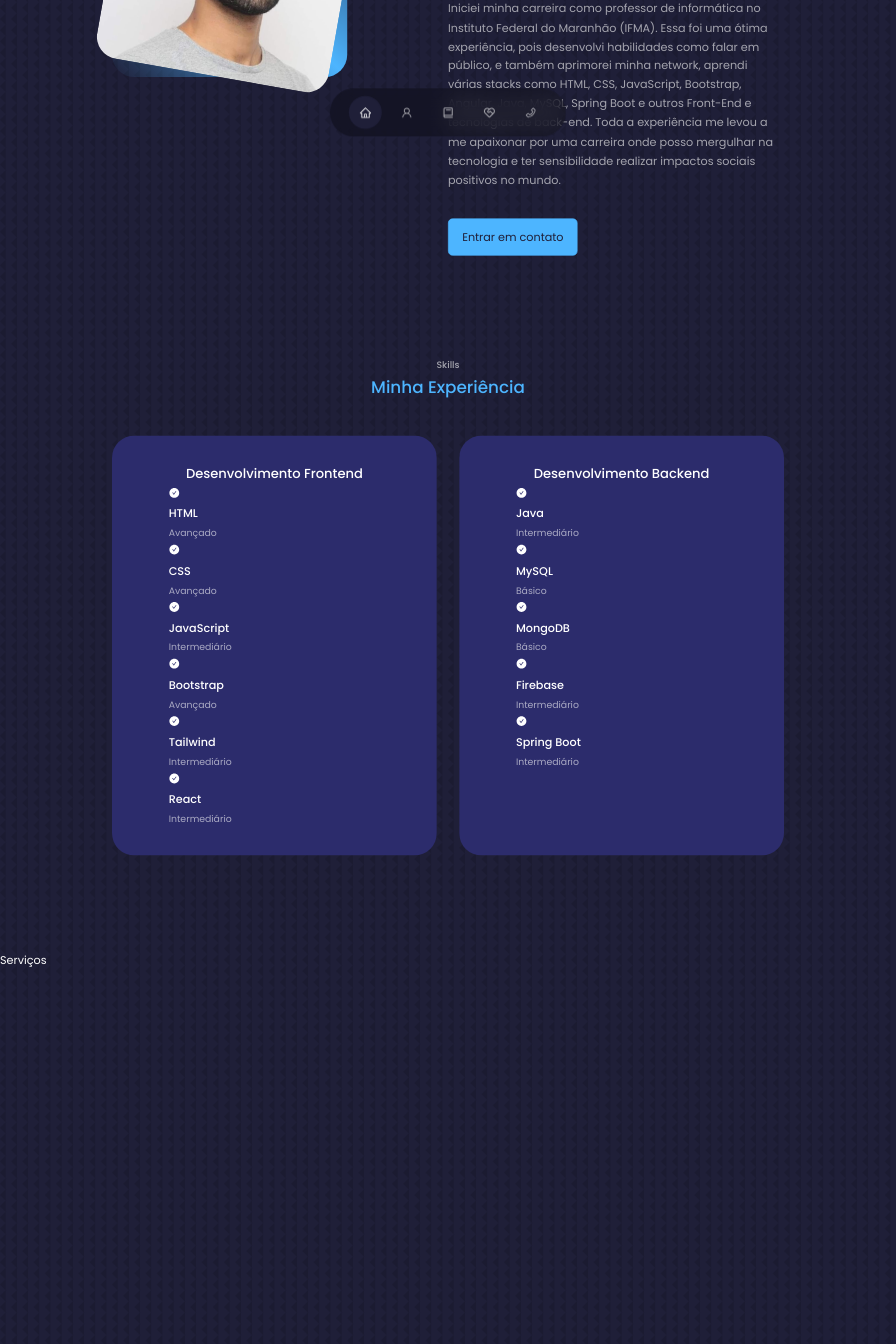
Repository: Mardoqueu/react-portfolio-website
Page: /
An editor plug-in stored every save of this project. The page is shown before and after a run of saves, followed by the edit.
The browser window is 1280 px wide. The pictures show the part of the page from y = 493 to 2413 px (the page is 5142 px tall), at 70% of full size.
The project was rebuilt for these pictures with package versions that can differ from the ones it lists, and the page was loaded fresh each time. Also part of the build but not shown: src/components/header/header.css, src/components/services/services.css, src/components/portfolio/portfolio.css, src/components/testimonials/testimonials.css, src/components/contact/contact.css, src/components/footer/footer.css.

Above is the page before, as saved 2022-10-23 10:15:42.

### src/index.js
import ReactDom from 'react-dom';
import App from './App';
import './index.css';

ReactDom.render(<App/>, document.querySelector("#root"));

### src/App.jsx
import React from 'react'
import Header from './components/header/Header'
import Nav from './components/nav/Nav'
import About from './components/about/About'
import Experience from './components/experience/Experience'
import Services from './components/services/Services'
import Portfolio from './components/portfolio/Portfolio'
import Testimonials from './components/testimonials/Testimonials'
import Contact from './components/contact/Contact'
import Footer from './components/footer/Footer'


export const App = () => {
  return (
    <>
        <Header/>
        <Nav/>
        <About/>
        <Experience/>
        <Services/>
        <Portfolio/>
        <Testimonials/>
        <Contact/>
        <Footer/>
    </>
  )
}

export default App

### src/index.css
@import url('https://fonts.googleapis.com/css2?family=Poppins:wght@300;400;500;600&display=swap');

* {
    margin: 0;
    padding: 0;
    border: 0;
    outline: 0;
    box-sizing: border-box;
    list-style: none;
    text-decoration: none;
}

:root{
    --color-bg: #1f1f38;
    --color-bg-variant: #2c2c6c;
    --color-primary: #4db5ff;
    --color-primary-variant: rgba(77, 181, 255, 0.4);
    --color-white: #fff;
    --color-light: rgba(255, 255, 255, 0.6);

    --transition: all 400ms ease;

    --container-width-lg: 75%;
    --container-width-md: 86%;
    --container-width-sm: 90%;
}

html{
    scroll-behavior: smooth;
}

::-webkit-scrollbar{
    display: none;
}

body {
    font-family: 'Poppins', sans-serif;
    background: var(--color-bg);
    color: var(--color-white);
    line-height: 1.7;
    background-image: url(../src/assets/bg-texture.png);
}

/* ============== General Styles ============== */
.container {
    width: var(--container-width-lg);
    margin: 0 auto;
}

h1,
h2,
h3,
h4,
h5 {
    font-weight: 500;
}

h1{
    font-size: 2.5rem;
}

section{
    margin-top: 8rem;
    height: 100vh;
}

section > h2, section > h5{
    text-align: center;
    color: var(--color-light);
}

section > h2 {
    color: var(--color-primary);
    margin-bottom: 3rem;
}

.text-light {
    color:var(--color-light);
}

a{
    color: var(--color-primary);
    transition: var(--transition);
}

a:hover{
    color: var(--color-white);
}

.btn{
    width: max-content;
    display: inline-block;
    color: var(--color-primary);
    padding: 0.75rem 1.2rem;
    border-radius: 0.4rem;
    cursor: pointer;
    border: 1px solid var(--color-primary);
    transition: var(--transition);
}

.btn:hover{
    background: var(--color-white);
    color: var(--color-bg);
    border-color: transparent;
}

.btn-primary{
    background: var(--color-primary);
    color: var(--color-bg);
}

img{
    display: block;
    width: 100%;
    justify-content: center;
    object-fit: cover;
}

/* ================ MEDIA QUERIES (MEDIUM DEVICES) ================ */
@media screen and (max-width: 1024px){
    .container{
        width: var(--container-width-md);
    }

    section {
        margin-top: 6rem;
    }
}

/* ================ MEDIA QUERIES (SMALL DEVICES) ================ */
@media screen and (max-width: 600px){
    .container{
        width: var(--container-width-sm);
    }

    section > h2 {
        margin-bottom: 2rem;
    }
}

### src/components/header/Header.jsx
import React from 'react'
import './header.css'
const header = () => {
  return (
    <div>header</div>
  )
}

export default header

### src/components/nav/Nav.jsx
import React from 'react'
import "./nav.css"
import {AiOutlineHome} from 'react-icons/ai'
import {AiOutlineUser} from 'react-icons/ai'
import {BiBook} from 'react-icons/bi'
import {RiServiceLine} from 'react-icons/ri'
import {AiOutlinePhone} from 'react-icons/ai'
import { useState } from 'react'

const Nav = () => {
  const [activeNav, setActiveNav] = useState('#');
  return (
    <nav>
      <a href="#" onClick={() => setActiveNav('#')} class={activeNav === '#' ? 'active' : ''}><AiOutlineHome/></a>
      <a href="#about" onClick={() => setActiveNav('#about')} class={activeNav === '#about' ? 'active' : ''}><AiOutlineUser/></a>
      <a href="#experience"  onClick={() => setActiveNav('#experience')} class={activeNav === '#experience' ? 'active' : ''}><BiBook/></a>
      <a href="#services" onClick={() => setActiveNav('#services')} class={activeNav === '#services' ? 'active' : ''}><RiServiceLine/></a>
      <a href="#contact" onClick={() => setActiveNav('#contact')} class={activeNav === '#contact' ? 'active' : ''}><AiOutlinePhone/></a>

    </nav>
  )
}

export default Nav

### src/components/about/About.jsx
import React from 'react'
import './about.css';
import ME from '../../assets/me-about.jpg'
import {FaAward} from 'react-icons/fa'
import {FiUsers} from 'react-icons/fi'
import {VscFolderLibrary} from 'react-icons/vsc'


const About = () => {
  return (
    <section id='about'>
      <h5>Venha me conhecer</h5>
      <h2>Sobre mim</h2>


      <div className='container about__container'>
        <div className='about__me'>
              <div className='about__me-image'>
                <img src={ME} alt="About"></img>
              </div>
          </div>

          <div className='about__content'>
              <div className='about__cards'>
                <article className='about__card'>
                  <FaAward className='about__icon'/>
                  <h5>Experiência</h5>
                  <small>3+ Anos de atuação</small>
                </article>

                <article className='about__card'>
                  <FiUsers className='about__icon'/>
                  <h5>Clientes</h5>
                  <small>Diversos Clientes</small>
                </article>

                <article className='about__card'>
                  <VscFolderLibrary className='about__icon'/>
                  <h5>Projetos</h5>
                  <small>+10 projetos completos</small>
                </article>
              </div>

              <p>
              Iniciei minha carreira como professor de informática no Instituto Federal do Maranhão (IFMA). Essa foi uma ótima experiência, pois desenvolvi habilidades como falar em público, e também aprimorei minha network, aprendi várias stacks como HTML, CSS, JavaScript, Bootstrap, Angular, Java, MySQL, Spring Boot e outros Front-End e tecnologias de back-end. Toda a experiência me levou a me apaixonar por uma carreira onde posso mergulhar na tecnologia e ter sensibilidade realizar impactos sociais positivos no mundo.
              </p>

              <a href='#contact' className='btn btn-primary'>Entrar em contato</a>
          </div>
      </div>
    </section>
  )
}

export default About

### src/components/experience/Experience.jsx
import React from 'react'
import './experience.css'
import {AiFillCheckCircle} from 'react-icons/ai'
const Experience = () => {
  return (
    <section id='experience'>
      <h5>Skills</h5>
      <h2>Minha Experiência</h2>

      <div className='container experience__container'>
          <div className='experience__frontend'>
            <h3>Desenvolvimento Frontend</h3>
            <div className='experience__content'>
              <article className='experience__details'>
                <AiFillCheckCircle/>
                <h4>HTML</h4>
                <small className='text-light'>Avançado</small>
              </article>
              <article className='experience__details'>
                <AiFillCheckCircle/>
                <h4>CSS</h4>
                <small className='text-light'>Avançado</small>
              </article>
              <article className='experience__details'>
                <AiFillCheckCircle/>
                <h4>JavaScript</h4>
                <small className='text-light'>Intermediário</small>
              </article>
              <article className='experience__details'>
                <AiFillCheckCircle/>
                <h4>Bootstrap</h4>
                <small className='text-light'>Avançado</small>
              </article>
              <article className='experience__details'>
                <AiFillCheckCircle/>
                <h4>Tailwind</h4>
                <small className='text-light'>Intermediário</small>
              </article>
              <article className='experience__details'>
                <AiFillCheckCircle/>
                <h4>React</h4>
                <small className='text-light'>Intermediário</small>
              </article>
            </div>
          </div>
          {/*End of Frontend*/}

          <div className='experience__backend'>
            <h3>Desenvolvimento Backend</h3>
            <div className='experience__content'>
              <article className='experience__details'>
                <AiFillCheckCircle/>
                <h4>Java</h4>
                <small className='text-light'>Intermediário</small>
              </article>
              <article className='experience__details'>
                <AiFillCheckCircle/>
                <h4>MySQL</h4>
                <small className='text-light'>Básico</small>
              </article>
              <article className='experience__details'>
                <AiFillCheckCircle/>
                <h4>MongoDB</h4>
                <small className='text-light'>Básico</small>
              </article>
              <article className='experience__details'>
                <AiFillCheckCircle/>
                <h4>Firebase</h4>
                <small className='text-light'>Intermediário</small>
              </article>
              <article className='experience__details'>
                <AiFillCheckCircle/>
                <h4>Spring Boot</h4>
                <small className='text-light'>Intermediário</small>
              </article>
            </div>
          </div>

        </div>
    </section>
  )
}

export default Experience

### src/components/services/Services.jsx
import React from 'react'
import './services.css'
const Services = () => {
  return (
    <section id='services'>Serviços</section>
  )
}

export default Services

### src/components/portfolio/Portfolio.jsx
import React from 'react'
import './portfolio.css'
const Portfolio = () => {
  return (
    <section id='portfolio'>Portifólio</section>
  )
}

export default Portfolio

### src/components/testimonials/Testimonials.jsx
import React from 'react'
import './testimonials.css'
const Testimonials = () => {
  return (
    <section id='testimonials'>Recomendações</section>
  )
}

export default Testimonials

### src/components/footer/Footer.jsx
import React from 'react'
import './footer.css';
const Nav = () => {
  return (
    <div>Footer</div>
  )
}

export default Nav

### src/components/nav/nav.css
nav{
    background: rgb(0, 0, 0, 0.3);
    width: max-content;
    display: block;
    padding: 0.7rem 1.7rem;
    z-index: 2;
    position: fixed;
    left: 50%;
    transform: translateX(-50%);
    bottom: 2rem;
    display: flex;
    gap: 0.8rem;
    border-radius: 3rem;
    backdrop-filter: blur(15px);
}

nav a {
    background: transparent;
    padding: 0.9rem;
    border-radius: 50%;
    display: flex;
    color: var(--color-light);
    font-size: 1.1rem;
}

nav a:hover{
    background: var(--color-light);
}

nav a.active {
    background: var(--color-bg);
    color: var(--color-white);
}

### src/components/about/about.css
.about__container{
    display: grid;
    grid-template-columns: 35% 50%;
    gap: 15%;
}

.about__me{
    width: 100%;
    aspect-ratio: 1/1;
    border-radius: 2rem;
    background: linear-gradient(
        45deg,
        transparent,
        var(--color-primary),
        transparent
    );
    display: grid;
    place-items: center;

}
.about__me-image{
    border-radius: 2rem;
    overflow: hidden;
    transform: rotate(10deg);
    transition: var(--transition);
}

.about__me-image:hover{
    transform: rotate(0deg);
}

.about__cards {
    display: grid;
    grid-template-columns: repeat(3, 1fr);
    gap: 1.5rem;
}

.about__card{
    background: var(--color-bg-variant);
    border: 1px solid transparent;
    border-radius: 1rem;
    padding: 2rem;
    text-align-last: center;
    transform: var(--transition);
}

.about__card:hover{
    background: transparent;
    border-color: var(--color-primary-variant);
    cursor: default;
}

.about__icon {
    color: var(--color-primary);
    font-size: 1.4rem;
    margin-bottom: 1rem;
}

.about__card h5 {
    font-size: 0.95rem;
}


.about__card small {
    font-size: 0.7rem;
    color: var(--color-light)
}

.about__content p{
    margin: 2rem 0 2.6rem;
    color: var(--color-light);
}

/* ================ MEDIA QUERIES (MEDIUM DEVICES) ================ */
@media screen and (max-width: 1024px){
    .about__container{
        grid-template-columns: 1fr;
        gap: 0;
    }

    .about__me{
        width: 50%;
        margin: 2rem auto 4rem;
    }

    .about__content p {
        margin: 1rem 0 1.5rem;
    }
}

/* ================ MEDIA QUERIES (SMALL DEVICES) ================ */
@media screen and (max-width: 600px){
    .about__me {
        width: 65%;
        margin: 0 auto 3rem;
    }

    .about__cards{
        grid-template-columns: 1fr 1fr;
        gap: 1rem;
    }

    .about__content{
        text-align: center;
    }

    .about__content p{
        margin: 1.5rem 0;
    }
}

### src/components/experience/experience.css
.experience__container{
    display: grid;
    grid-template-columns: 1fr 1fr;
    gap: 2rem;
}

.experience__container > div {
    background: var(--color-bg-variant);
    padding: 2.4rem 5rem;
    border-radius: 2rem;
    border: 1px solid transparent;
    transition: var(--transition);
}

.experience__container > div:hover{
    background: transparent;
    border-color: var(--color-primary-variant);
    cursor: default;
}

.experience__container > div h3{
    text-align: center;
    margin-bottom: ;
}

Loaded but not shown: public/index.html (common file); src/components/contact/Contact.jsx (common file); src/components/services/services.css (no copy from this time; the picture is the same without it)

After the next 3 saves:
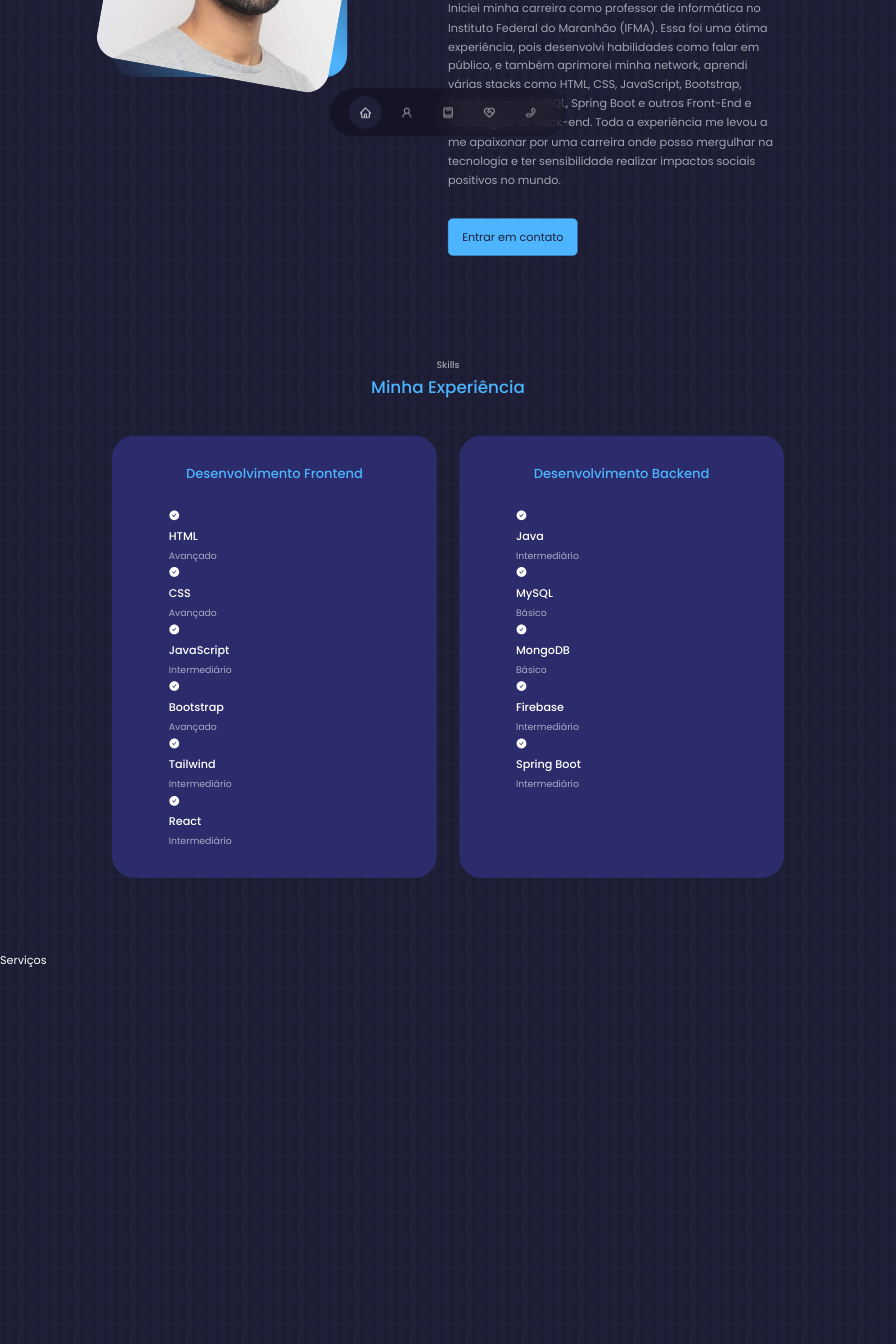
The 3 saves are shown as one change because they came seconds apart.
The last was saved 12 s later.
--- a/src/components/experience/experience.css
+++ b/src/components/experience/experience.css
@@ -20,5 +20,6 @@
 
 .experience__container > div h3{
     text-align: center;
-    margin-bottom: ;
+    margin-bottom: 2rem;
+    color: var(--color-primary);
 }
